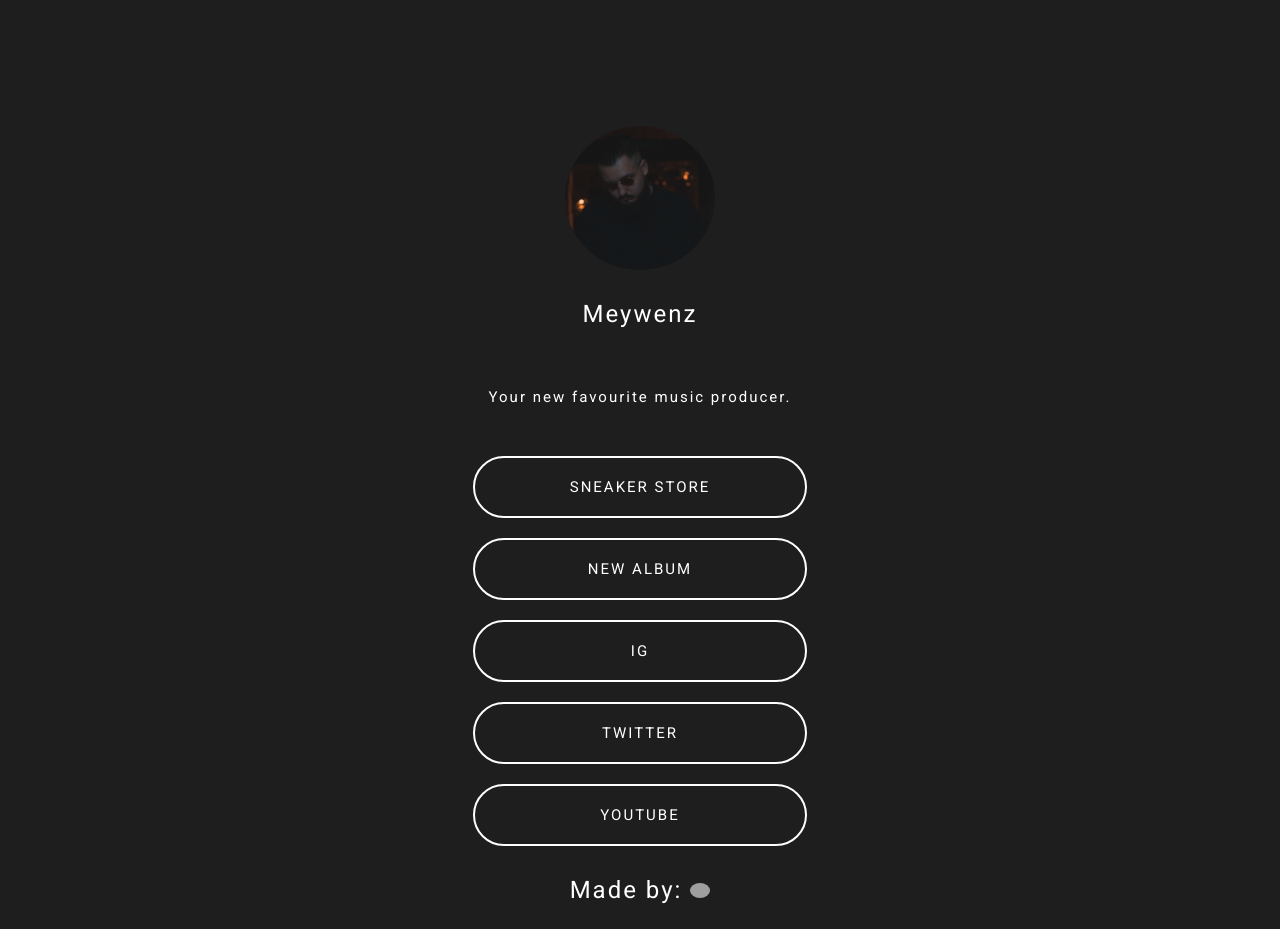
Repository: meywenz/mysite
Page: index.html
An editor plug-in stored every save of this project. The page is shown before and after the next save, followed by the edit.
The browser window is 1280 px wide. The pictures show the whole page.
Pictures or frames that could not be fetched are drawn as grey boxes.

Above is the page before, as saved 2021-04-08 17:34:54.

After the next save:
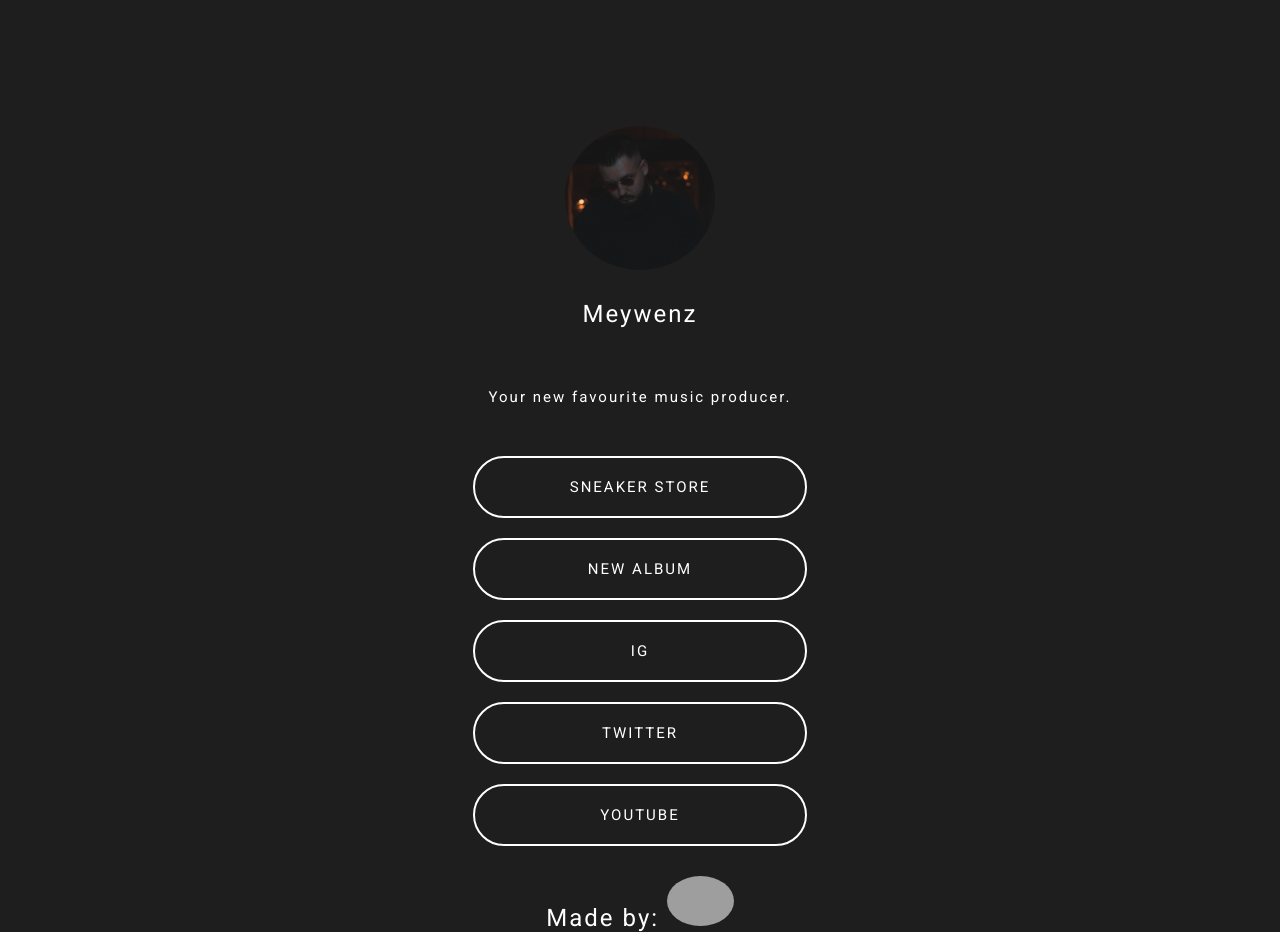
Saved 19 s later.
--- a/styles.css
+++ b/styles.css
@@ -61,5 +61,5 @@
   max-height: 15px;
 }
 .logo-bottom {
-  max-height: 15px;
+  max-height: 50px;
 }
